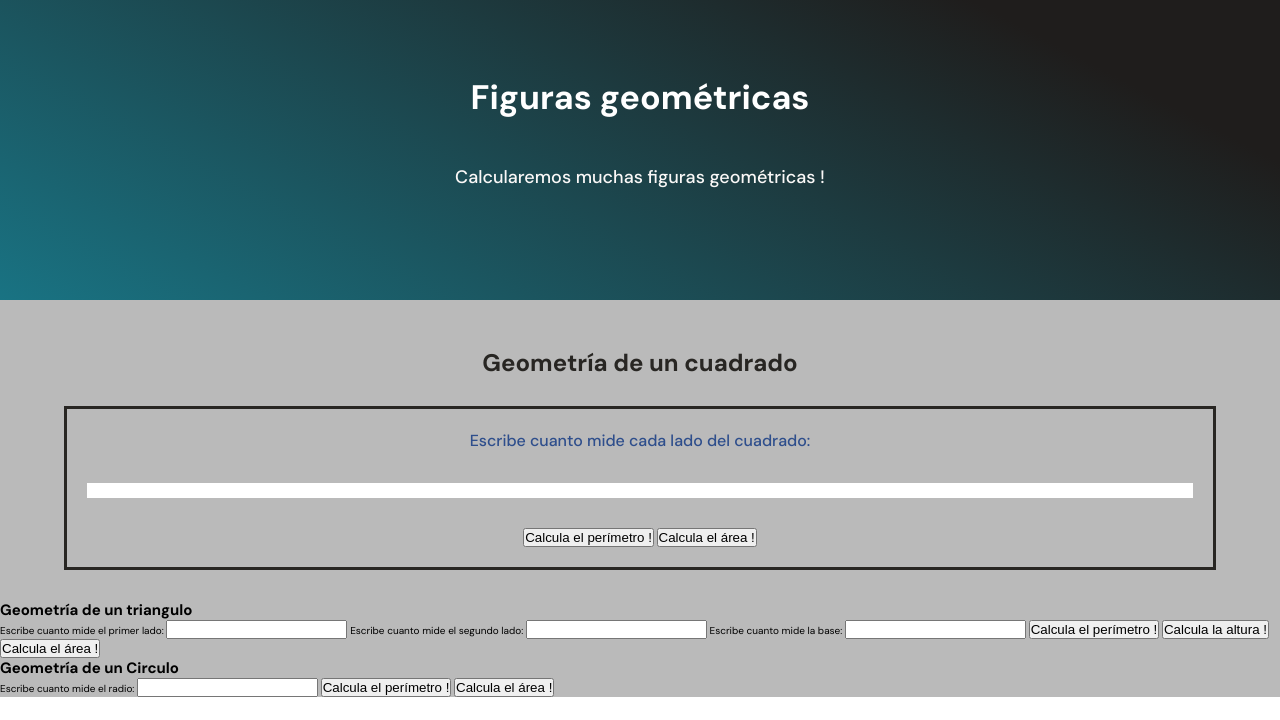
Repository: ChristianGecchelin/javascript-project
Page: javascript-project/figuras-geometricas/figuras.html
The author's editor kept a copy of each file at every save. The page is drawn from the files as they stood at one save, then again after the next save.
The browser window is 1280 px wide. The pictures show the whole page.

Above is the page before, as saved 2021-12-01 23:33:52.

### javascript-project/figuras-geometricas/figuras.html
<!DOCTYPE html>
<html lang="en">
  <head>
    <meta charset="UTF-8" />
    <meta http-equiv="X-UA-Compatible" content="IE=edge" />
    <meta name="viewport" content="width=device-width, initial-scale=1.0" />
    <title>Figuras geométricas | Proyecto 1</title>
    <link rel="preconnect" href="https://fonts.googleapis.com" />
    <link rel="preconnect" href="https://fonts.gstatic.com" crossorigin />
    <link
      href="https://fonts.googleapis.com/css2?family=DM+Sans:wght@400;500;700&family=Inter:wght@300;500&display=swap"
      rel="stylesheet"
    />
    <link rel="stylesheet" href="./style.css" />
  </head>
  <body>
    <header>
      <div class="header--title-container">
        <h1>Figuras geométricas</h1>
        <p>Calcularemos muchas figuras geométricas !</p>
      </div>
    </header>
    <main>
      <section class="main-calculadora-contenedor">
        <h2 class="main-calculadora-contenedor--title">
          Geometría de un cuadrado
        </h2>
        <div class="main-calculadora-form-contenedor">
          <form action="">
            <label class="form--label-input" for=""
              >Escribe cuanto mide cada lado del cuadrado:</label
            >
            <input class="form--input" type="number" id="inputCuadrado" />
            <button type="button" onclick="calcularPerimetroCuadrado()">
              Calcula el perímetro !
            </button>
            <button type="button" onclick="calcularAreaCuadrado()">
              Calcula el área !
            </button>
            <!-- type button, para quitarle el submit por defecto y que no me redireccione a ningun lado -->
          </form>
        </div>
      </section>
      <section>
        <h2>Geometría de un triangulo</h2>
        <form action="">
          <label for="">Escribe cuanto mide el primer lado:</label>
          <input type="number" id="inputLado1" />
          <label for="">Escribe cuanto mide el segundo lado:</label>
          <input type="number" id="inputLado2" />
          <label for="">Escribe cuanto mide la base:</label>
          <input type="number" id="inputBase" />
          <button type="button" onclick="calcularPerimetroTriangulo()">
            Calcula el perímetro !
          </button>
          <button type="button" onclick="calcularAlturaTriangulo()">
            Calcula la altura !
          </button>
          <button type="button" onclick="calcularAreaTriangulo()">
            Calcula el área !
          </button>
          <!-- type button, para quitarle el submit por defecto y que no me redireccione a ningun lado -->
        </form>
      </section>
      <section>
        <h2>Geometría de un Circulo</h2>
        <form action="">
          <label for="">Escribe cuanto mide el radio:</label>
          <input type="number" id="inputRadio" />
          <button type="button" onclick="calcularPerimetroCirculo()">
            Calcula el perímetro !
          </button>
          <button type="button" onclick="calcularAreaCirculo()">
            Calcula el área !
          </button>
          <!-- type button, para quitarle el submit por defecto y que no me redireccione a ningun lado -->
        </form>
      </section>
    </main>
    <script src="./figurasConFunciones.js"></script>
  </body>
</html>

### javascript-project/figuras-geometricas/style.css
:root {
  --Dark-lightblue: #197383;
  --soft-orange: #ffe9d5;
  --secondary-blue: #1a9af7;
  --soft-blue: #e7f5ff;
  --warm-black: #201e1c;
  --black: #282623;
  --grey: #bababa;
  --off-white: #faf8f7;
  --just-white: #fff;
}
* {
  box-sizing: border-box;
  margin: 0;
  padding: 0;
}
html {
  font-size: 62.5%;
  font-family: "DM Sans", sans-serif;
}
header {
  position: relative;
  display: flex;
  flex-direction: column;
  justify-content: center;
  width: 100%;
  min-width: 320px;
  height: 300px;
  text-align: center;
  background: linear-gradient(207.8deg, #1f1d1c 16.69%, #197383 100%);
}
header .header--title-container {
  width: 90%;
  min-width: 288px;
  max-width: 900px;
  height: 200px;
  text-align: center;
  align-self: center;
}
header .header--title-container h1 {
  margin-top: 30px;
  margin-bottom: 50px;
  font-size: 3.4rem;
  font-weight: 700;
  line-height: 3.6rem;
  color: var(--just-white);
}
header .header--title-container p {
  font-size: 1.8rem;
  font-weight: 500;
  line-height: 2.2rem;
  color: var(--off-white);
}
main {
  width: 100%;
  height: auto;
  background-color: var(--grey);
  min-width: 320px;
}
.main-calculadora-contenedor {
  width: 90%;
  min-width: 280px;
  height: auto;
  margin: 0 auto;
  padding-top: 50px;
  padding-bottom: 30px;
  text-align: center;
}
.main-calculadora-contenedor--title {
  margin-bottom: 30px;
  font-size: 2.4rem;
  font-weight: 700;
  line-height: 2.6rem;
  color: var(--black);
}
.main-calculadora-form-contenedor {
  display: flex;
  flex-direction: column;
  justify-content: center;
  height: auto;
  border: 3px solid var(--black);
  padding: 20px 20px;
}
.main-calculadora-form-contenedor .form--label-input {
  display: block;
  font-size: 1.6rem;
  font-weight: 500;
  line-height: 2.4rem;
  color: rgba(34, 68, 136, 0.92);
}
.main-calculadora-form-contenedor .form--input {
  display: block;
  width: 100%;
  margin: 30px 0;
  border: none;
}

### javascript-project/figuras-geometricas/figurasConFunciones.js
/* Codigo del cuadrado */
console.group("Cuadrado");
function perimetroCuadrado(lado) {
  return lado * 4;
}
/* console.log(`Perimetro del cuadrado es: ${perimetroCuadrado} cm.`); */
function areaCuadrado(lado) {
  return (
    lado ** 2
  ); /* debe estar escrito de igual manera el parametro que el return */
}

/* console.log(`El area del cuadrado es: ${areaCuadrado} cm^2.`); */
console.groupEnd();

/* Codigo del triangulo */
console.group("Triangulo");

function perimetroTriangulo(lado1, lado2, base) {
  return lado1 + lado2 + base;
}
function calcularAltura(lado1, lado2, lado3) {
  let ladosIguales;
  let ladoBase;
  let altura;

  if (
    lado1 + lado2 <= lado3 ||
    lado1 + lado3 <= lado2 ||
    lado2 + lado3 <= lado1
  ) {
    alert(
      "En un triangulo la base no puede ser mayor a la suma de sus catetos"
    );
  } else {
    switch (true) {
      case lado1 === lado2:
        ladosIguales = lado1;
        ladoBase = lado3;
        break;
      case lado1 === lado3:
        ladosIguales = lado1;
        ladoBase = lado2;
        break;
      case lado3 === lado2:
        ladosIguales = lado2;
        ladoBase = lado1;
        break;
    }
    if (!ladosIguales) {
      alert("Tu triangulo no es isosceles, ingresa la altura");
    } else {
      altura = Math.sqrt(ladosIguales ** 2 - ladoBase ** 2 / 4);
    }
  }
  return ladosIguales, ladoBase, altura;
}
function areaTriangulo(ladoBase, altura) {
  return (
    (ladoBase * altura) / 2
  ); /* tengo que llamar a la funcion altura para pasarle el dato */
}
console.groupEnd();

//Codigo Circulo
console.group("Circulo");
function diametroCirculo(radio) {
  return radio * 2;
}
const pi = Math.PI;
function circunferencia(radio) {
  const diametro = diametroCirculo(radio);
  /* llamo a una funcion dentro de otra y creo una variable que tiene alcance local */
  return diametro * pi;
}
function superficieCirculo(radio) {
  return pi * radio ** 2;
}

console.groupEnd();
/* Creo una funcion, que a traves del id obtengo lo que el usuario ingreso en el input. y con eso le saco el value que le paso
a la funcion que cree antes y es la encargada de hacer el calculo para luego mostrarse en un aler */
function calcularPerimetroCuadrado() {
  const input = document.getElementById("inputCuadrado");
  const value = input.value;
  const perimetro = perimetroCuadrado(value);
  alert(perimetro);
}
function calcularAreaCuadrado() {
  const input = document.getElementById("inputCuadrado");
  const value = input.value;
  const area = areaCuadrado(value);
  alert(area);
}

function calcularPerimetroTriangulo() {
  const inputLado1 = document.getElementById("inputLado1");
  const valueLado1 = Number(inputLado1.value);
  const inputLado2 = document.getElementById("inputLado2");
  const valueLado2 = Number(inputLado2.value);
  const inputBase = document.getElementById("inputBase");
  const valueBase = Number(inputBase.value);
  /* Es importante ponerle number porque por mas que el input tenga type number, este lo transforma como un string */
  const perimetro = perimetroTriangulo(valueLado1, valueLado2, valueBase);
  alert(perimetro);
}

function calcularAlturaTriangulo() {
  const inputLado1 = document.getElementById("inputLado1");
  const valueLado1 = Number(inputLado1.value);
  const inputLado2 = document.getElementById("inputLado2");
  const valueLado2 = Number(inputLado2.value);
  const inputBase = document.getElementById("inputBase");
  const valueBase = Number(inputBase.value);
  const alturaTriangulo = calcularAltura(valueLado1, valueLado2, valueBase);
  alert(alturaTriangulo);
}

function calcularAreaTriangulo() {
  /* const inputAltura = document.getElementById("inputAltura");
  const valueAltura = Number(inputAltura.value);
  const inputBase = document.getElementById("inputBase");
  const valueBase = inputBase.value;
  const area = areaTriangulo(valueAltura, valueBase);
  alert(area); */
  const inputLado1 = document.getElementById("inputLado1");
  const valueLado1 = Number(inputLado1.value);
  const inputLado2 = document.getElementById("inputLado2");
  const valueLado2 = Number(inputLado2.value);
  const inputBase = document.getElementById("inputBase");
  const valueBase = Number(inputBase.value);
  const altura = calcularAltura(valueLado1, valueLado2, valueBase);
  const area = areaTriangulo(valueBase, altura);
  alert(area);
}

function calcularPerimetroCirculo() {
  const inputRadio = document.getElementById("inputRadio");
  const valueRadio = inputRadio.value;
  const perimetro = circunferencia(valueRadio);
  alert(perimetro);
}
function calcularAreaCirculo() {
  const inputRadio = document.getElementById("inputRadio");
  const valueRadio = inputRadio.value;
  const superficie = superficieCirculo(valueRadio);
  alert(superficie);
}

After the next save:
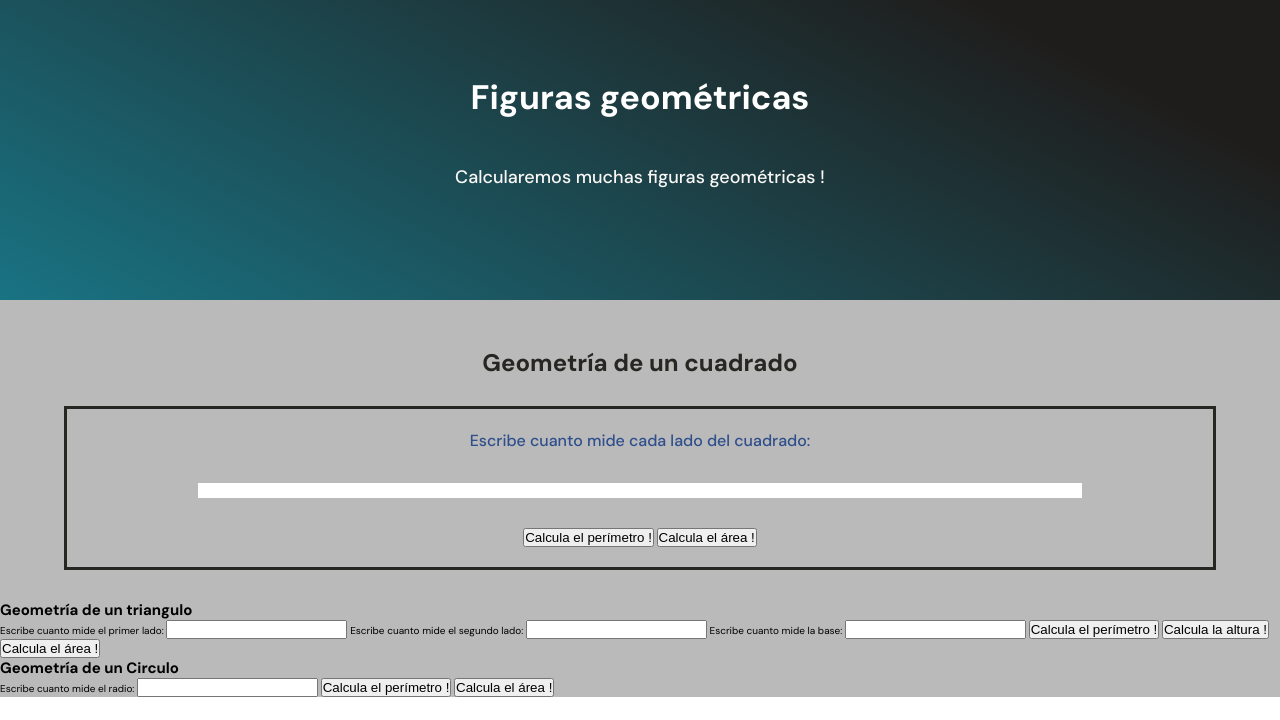
Saved 15 s later.
--- a/javascript-project/figuras-geometricas/style.css
+++ b/javascript-project/figuras-geometricas/style.css
@@ -90,7 +90,7 @@ main {
 }
 .main-calculadora-form-contenedor .form--input {
   display: block;
-  width: 100%;
-  margin: 30px 0;
+  width: 80%;
+  margin: 30px auto;
   border: none;
 }
